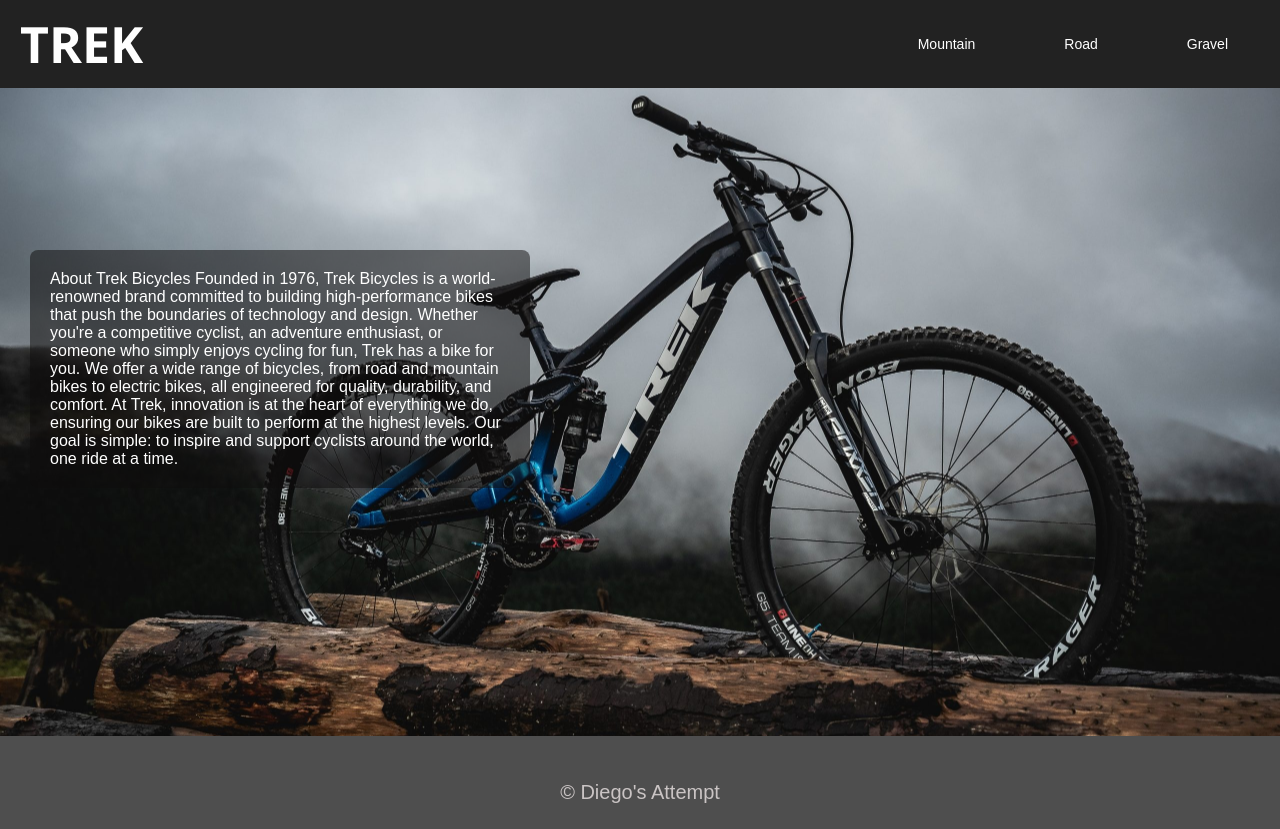
Repository: Diegoms0595/Final-Project
Page: Finalproject.html
These files come from the project's save history. The page is drawn as it stood at one moment and after the next save; the edit follows.
The browser window is 1280 px wide. The pictures show the whole page.

Above is the page before, as saved 2025-05-07 12:01:17.

### Finalproject.html
<!DOCTYPE html>
<html lang="es">

<head>
  <meta charset="UTF-8">
  <meta name="viewport" content="width=device-width, initial-scale=1.0">
  <title>Trek Bikes</title>
  <link rel="stylesheet" href="main.css">
</head>

<body>

  <header id="header">
    <div id="barra-superior">
      <div id="logo">
        <h1>TREK</h1>
      </div>
      <nav id="menu">
        <ul>
          <li>
            <a href="#">Mountain</a>
            <div class="dropdown">
              <div class="dropdown-content">
                <div class="dropdown-item">
                  <!-- anchor para pagina enduro -->
                  <!-- anchor for page "enduro" -->
                  <img src="./Assets/fondoopcion2.jpeg" alt="Trail Bike">
                  Trail
                </div>
                <div class="dropdown-item">
                  <a href="enduro.html" class="linkenduro">
                    <img
                      src="./Assets/png-clipart-trek-bicycle-corporation-27-5-mountain-bike-full-suspension-bicycle-bicycle-frame-bicycle.png"
                      alt="Enduro Bike">
                    Enduro
                  </a>
                </div>
                <div class="dropdown-item">
                  <img src="./Assets/Trek_Slash_Gen_6_2024_Team.png" alt="Downhill Bike">
                  Downhill
                </div>
              </div>
            </div>
          </li>
          <li><a href="#">Road</a></li>
          <li><a href="#">Gravel</a></li>
        </ul>
      </nav>
    </div>
    <div class="clear"></div>
  </header>
  <main>
    <section id="home">
      <div>
        <p id="about">About Trek Bicycles
          Founded in 1976, Trek Bicycles is a world-renowned brand committed to building high-performance bikes that push the boundaries of technology and design. Whether you're a competitive cyclist, an adventure enthusiast, or someone who simply enjoys cycling for fun, Trek has a bike for you. We offer a wide range of bicycles, from road and mountain bikes to electric bikes, all engineered for quality, durability, and comfort.

          At Trek, innovation is at the heart of everything we do, ensuring our bikes are built to perform at the highest levels. Our goal is simple: to inspire and support cyclists around the world, one ride at a time.</p>
      </div>
      <!-- background pic -->
      <div id="fondohometext">
        <img src="./Assets/1849655-2560x1707-desktop-hd-trek-bikes-wallpaper.jpg" alt="fondohome">
      </div>
    </section>
  </main>

  <footer id="footer">
    <p>© Diego's Attempt</p>

  </footer>
<style>
  #footer p {
    color: #bdb6b6;
    font-size: 20px;
    text-align: center;
    margin-top: 20px;
  }
</style>

</body>

</html>

### main.css
* {
  margin: 0;
  padding: 0;
  box-sizing: border-box;
}

body {
  font-family: Arial, sans-serif;
}

#header {
  background-color: #222;
  color: white;
}

#barra-superior {
  width: 100%;
  padding: 10px 20px;
  display: grid;
  /* Logo a la izquierda, menú a la derecha */
  grid-template-columns: 1fr auto;
  align-items: center;
}

h1 {
  font-size: 50px;
  font-family: 'Segoe UI', Tahoma, Geneva, Verdana, sans-serif;
}

#menu {
  justify-self: end;
}

#menu ul {
  list-style: none;
  margin: 0;
  padding: 10;
  display: flex;
}

#menu ul li {
  display: inline-block;
  margin-left: 25px;
}

#menu ul li a {
  color: white;
  text-decoration: none;
  font-size: 14px;
  padding: 32px;
  transition: color 0.3s ease;
}

#menu ul li a:hover {
  color: #ccc;
}

/* Dropdown Menu */
#menu ul li {
  position: relative;
}

.dropdown {
  position: absolute;
  top: 100%;
  left: 0;
  width: 300px;
  background-color: #333;
  box-shadow: 0 10px 20px rgba(0, 0, 0, 0.1);
  opacity: 0;
  visibility: hidden;
  transition: all 0.3s ease;
  z-index: 100;
}

#menu ul li:hover .dropdown {
  opacity: 1;
  visibility: visible;
}

.dropdown-content {
  padding: 15px;
}

.dropdown-item {
  display: flex;
  align-items: center;
  padding: 10px 0;
  border-bottom: 1px solid #eee;
}

.dropdown-item img {
  width: 50px;
  height: 50px;
  object-fit: cover;
  margin-right: 15px;
  border-radius: 4px;
}

#footer {
  background-color: #222;
  color: white;
  text-align: center;
  padding: 25px 0;
  font-size: 14px;
  opacity: 0.8;
}

#logo {
  float: left;
}

#home {
  position: relative;
  height: 90vh;
  overflow: hidden;
}

#fondohometext {
  position: absolute;
  top: 0;
  left: 0;
  width: 100%;
  height: 100%;
  z-index: 0;
}

#fondohometext img {
  width: 100%;
  height: 100%;
  object-fit: cover;
}

#about {
  position: absolute;
  top: 25%;
  left: 30px;
  color: white;
  background-color: rgba(14, 13, 13, 0.5);
  padding: 20px;
  border-radius: 8px;
  max-width: 500px;
  z-index: 1; /* Asegura que el texto esté por encima de la imagen */
}

After the next save:
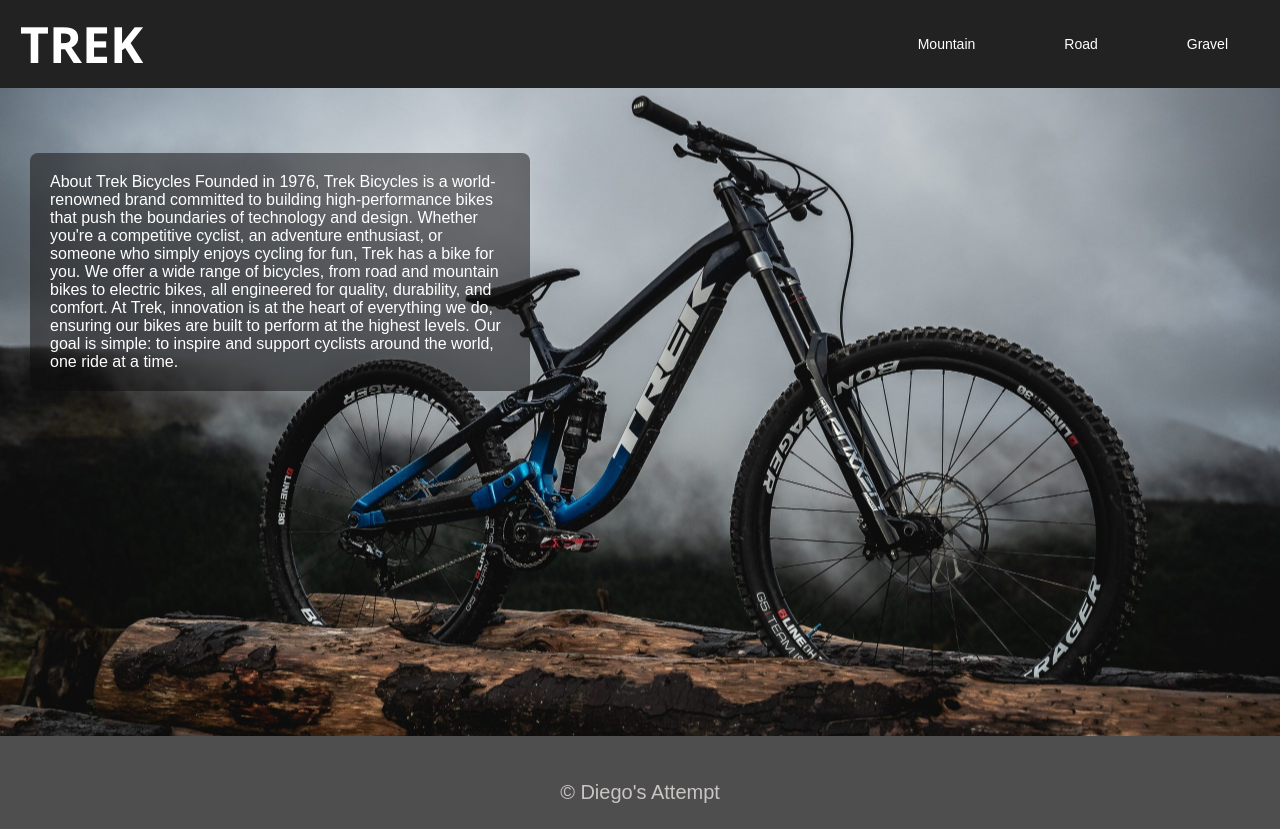
Saved 22 s later.
--- a/main.css
+++ b/main.css
@@ -133,12 +133,12 @@
 
 #about {
   position: absolute;
-  top: 25%;
+  top: 10%;
   left: 30px;
   color: white;
   background-color: rgba(14, 13, 13, 0.5);
   padding: 20px;
   border-radius: 8px;
   max-width: 500px;
-  z-index: 1; /* Asegura que el texto esté por encima de la imagen */
+  z-index: 1;
 }
